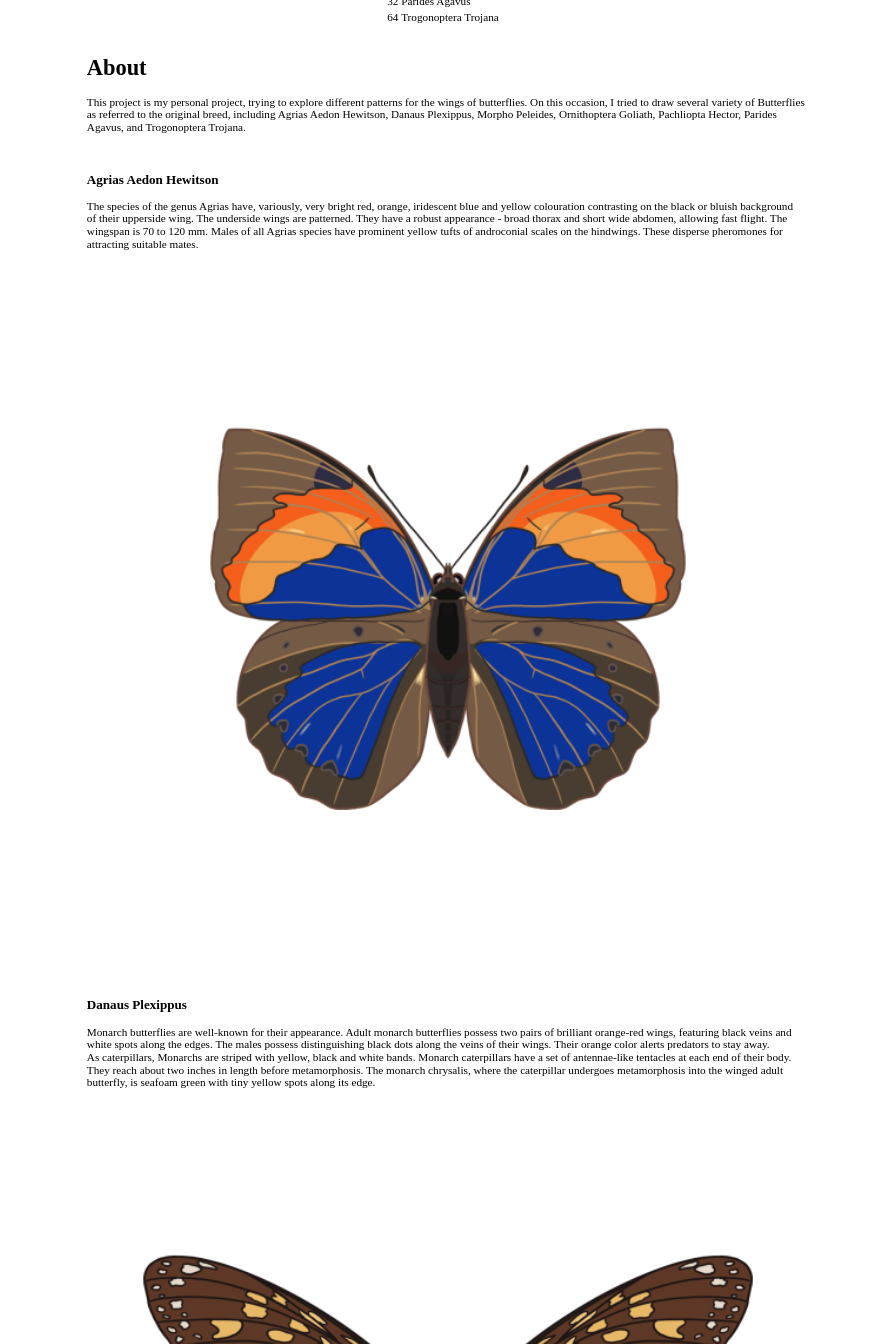
Repository: MeowCeline00/assessment-2
Page: /
These files come from the project's save history. The page is drawn as it stood at one moment and after the next save; the edit follows.
The browser window is 1280 px wide. The pictures show the part of the page from y = 634 to 2554 px (the page is 9574 px tall before and 8921 px after), at 70% of full size.
The project was rebuilt for these pictures with package versions that can differ from the ones it lists, and the page was loaded fresh each time. The framework's server and built-in components were replaced by stand-ins that run in the browser. Also part of the build but not shown: next.config.mjs.

Above is the page before, as saved 2024-02-07 23:33:14.

### pages/index.js
import Head from "next/head";
import { useState } from "react";
import styles from "@/styles/Home.module.css";
import Header from "@/Components/Header";
import Footer from "@/Components/Footer";
import Contents from "@/Components/Contents";


export default function Home() {

  // Butterfly Patterns
  const classFilters = {
    //key : value
    1: 'Agrias Aedon Hewitson',
    2: 'Danaus Plexippus',
    4: 'Morpho Peleides',
    8: 'Ornithoptera Goliath',
    16: 'Pachliopta Hector',
    32: 'Parides Agavus',
    64: 'Trogonoptera Trojana'
  }

  const [input, setInput] = useState();
                                    // 3
                                    // 2 & 2 Remainder 1
                                    // 1 & 1 Remainder 0
                                    // 9
                                    // 8 & 8 Remainder 1
                                    // 1 & 1 Remainder 0
  const getClassStyle = flagValue => (input & flagValue) > 0 ? {backgroundColor: 'yellow'} : null;

  return (
    <>
      <Head>
        <title>General View of Butterfly Wing Patterns</title>
        <meta name="description" content="General View of Butterfly Wing Patterns" />
        <meta name="viewport" content="width=device-width, initial-scale=1" />
        <link rel="icon" href="/butt_favicon.ico" />
      </Head>
      <Header />
      <main className={`${styles.main}`}>
       <input
       id="input"
       type="text"
       placeholder='Bitmask Decimal'
       value={input}
       onChange={event => setInput(event.target.value)}
       />
       <table>
        <tbody>
          {
            Object.keys(classFilters).map(item => (
              <tr key={item} style={getClassStyle(item)}>
                <td>{item}</td>
                <td>{classFilters[item]}</td>
              </tr>
            ))
          }
        </tbody>
       </table>
       <Contents />
      </main>
      <Footer />
    </>
  );
}

### styles/globals.css
:root {
    --h1: rgb(15, 64, 162);
    --h2: rgb(203, 165, 27);
    --header-background: #d1d1d1;

}

### styles/Home.module.css
.main {
  display: flex;
  flex-direction: column;
  justify-content: space-between;
  align-items: center;
  padding: 6rem;
  min-height: 20vh;
}

### Components/Header/index.js
import Image from 'next/image';
import styles from './Header.module.css';

export default function Header() {
    return (
        <header className={styles.header}>
            <div className={styles.titleArea}>
                <h1> Colorful Butterflies</h1>
                <h2> A General Peek at Butterfly Wing Patterns</h2>
            </div>
            <div className={styles.logoArea}>
                <img src={"/logo.png"} alt="Butterfly Logo" width={350} />
            </div>
        </header>
    );
}

### Components/Footer/index.js
import styles from './Footer.module.css'


export default function Footer() {

    return(
        <footer className={styles.footer}>
            © Created by Congling
        </footer>
    )
}

### Components/Contents/index.js
import Image from 'next/image';
import styles from './Contents.module.css';

export default function Contents() {
    return (
        <contents className={styles.contents}>
            <div className={styles.projectDescription}>
            <h1>About</h1>
            <p>This project is my personal project, trying to explore different patterns for the wings of butterflies.
                On this occasion, I tried to draw several variety of Butterflies as referred to the original breed, including
               Agrias Aedon Hewitson, Danaus Plexippus, Morpho Peleides, Ornithoptera Goliath, Pachliopta Hector, Parides Agavus,
               and Trogonoptera Trojana.
            </p>
            </div>
            <div className={styles.butterflyPatterns}>
              <div className={styles.buttfly1}>
                <div className={styles.butterflyDes}>
                <h3>Agrias Aedon Hewitson</h3>
                <p>The species of the genus Agrias have, variously, very bright red, orange,
                    iridescent blue and yellow colouration contrasting on the black or bluish background of their upperside wing.
                    The underside wings are patterned. They have a robust appearance - broad thorax and short wide abdomen, allowing fast flight.
                    The wingspan is 70 to 120 mm. Males of all Agrias species have prominent yellow tufts of androconial scales on the hindwings.
                    These disperse pheromones for attracting suitable mates.</p>
                </div>
                <div className={styles.butterflyPic}>
                <img src={"/agrias_aedon_hewitson.png"} alt="Agrias Aedon Hewitson" width={200} />
                </div>
                </div>
                <div className={styles.buttfly2}>
                <div className={styles.butterflyDes}>
                <h3>Danaus Plexippus</h3>
                <p>Monarch butterflies are well-known for their appearance.
                Adult monarch butterflies possess two pairs of brilliant orange-red wings,
                featuring black veins and white spots along the edges. The males possess distinguishing
                black dots along the veins of their wings. Their orange color alerts predators to stay away.
                <br />
                As caterpillars, Monarchs are striped with yellow, black and white bands.
                Monarch caterpillars have a set of antennae-like tentacles at each end of their body.
                They reach about two inches in length before metamorphosis. The monarch chrysalis,
                where the caterpillar undergoes metamorphosis into the winged adult butterfly,
                is seafoam green with tiny yellow spots along its edge.</p>
                </div>
                <div className={styles.butterflyPic}>
                <img src={"/Danaus_plexippus.png"} alt="Danaus Plexippus" width={200} />
                </div>
                </div>
                <div className={styles.buttfly3}>
                <div className={styles.butterflyDes}>
                <h3>Morpho Peleides</h3>
                <p>Morpho peleides is recognized by the iridescent blue coloration on the top side of the wings.
                    Conversely, the undersides of the wings are brown and have a cryptic coloration and pattern.
                    Large eyespots are present on the bottom side of the forewings and hindwings.
                    The number of forewing eyespots on each individual may vary.
                    This coloration serves as protection from predators by making the butterfly somewhat camouflaged in the forest,
                    and the eyespots can startle or intimidate potential predators.
                    They are large butterflies, with adult wingspan measuring 5-8 inches.</p>
                </div>
                <div className={styles.butterflyPic}>
                <img src={"/morpho_peleides.png"} alt="Morpho Peleides" width={200} />
                </div>
                </div>
                <div className={styles.buttfly4}>
                <div className={styles.butterflyDes}>
                <h3>Ornithoptera Goliath</h3>
                <p>Ornithoptera goliath has a wingspan up to 11 in. This makes it the world's second largest butterfly.
                    The African giant swallowtail reaches an almost equal wingspan.
                    <br />
                    Male. The Goliath birdwing's forewings are black. The costal edge is green and beyond the medium black bar
                    is a large green triangle which reaches the dorsum but not the black sternum. The underside is greenish yellow and greenish.
                    The veins are black and there is a black border. The outer cells have small black spots.
                    The hindwings are golden with a black edge bordered basally by a thin green line.
                    There are some green spots in the cells of the golden area. The underside is similar to the upperside,
                    but there is no black border. The edge is green. The spots in the cells of the golden area are black.
                    The abdomen is yellow with black-edged tergites. The head and thorax are black and the underside of the
                    thorax has tufts of red hair.
                    <br />
                    Female. The female is larger than the male and the basic colour is dark brown.
                    At the outer edge there is a postdiscal chain of white spots. In the discal cell there is a cluster of white spots,
                    sometimes shaped like an "E". The hindwings have a broad yellow postdiscal band with a chain of dark-brown spots in the cells.
                    The underside is very like the upper but the colours are stronger.</p>
                    </div>
                    <div className={styles.butterflyPic}>
                <img src={"/ornithoptera_goliath.png"} alt="Ornithoptera Goliath" width={200} />
                </div>
                </div>
                <div className={styles.buttfly5}>
                <div className={styles.butterflyDes}>
                <h3>Pachliopta Hector</h3>
                <p>The male's upperside is black. Forewing with a broad white interrupted band from the subcostal nervure
                    opposite the origin of veins 10 and 11, extended obliquely to the tornus, and a second short pre-apical similar band;
                    both bands composed of detached irregularly indented broad streaks in the interspaces.
                    Hindwing with a distal posteriorly strongly curved series of seven crimson spots followed by a subterminal series of
                    crimson lunules. Cilia black alternated with white. Underside: forewing dull brownish black, hindwing black;
                    markings as on the upperside, but the crimson spots and crescent-shaped markings on the hindwing larger.
                    Antennae, thorax and abdomen above at base, black; head and rest of the abdomen bright crimson; beneath:
                    iho palpi, the sides of the thorax and abdomen crimson.
                    <br />
                    The female is similar, the discal series of spots and subterminal lunules much duller,
                    pale crimson sprinkled with black scales; in some specimens the anterior spots and lunules almost white barely
                    tinged with crimson; abdomen above with the black colour extended further towards the apex.
                    </p>
                    </div>
                    <div className={styles.butterflyPic}>
                <img src={"/pachliopta_hector.png"} alt="Pachliopta Hector" width={200} />
                </div>
                </div>
                <div className={styles.buttfly6}>
                <div className={styles.butterflyDes}>
                <h3>Parides Agavus</h3>
                <p>The Parides agavus, also known as the Agavus Swallowtail, is a visually striking butterfly that belongs
                    to the Papilionidae family. Its wingspan can range from 3 to 4 inches, showcasing a bold contrast of colors and patterns.
                    The primary coloration of its wings is a deep, glossy black, which serves as a dramatic backdrop for the vibrant
                    red or pink bands that adorn the edges of its hindwings. These vivid markings are complemented by smaller,
                    iridescent blue or green spots that add a touch of shimmer and complexity to its appearance.
                    The butterfly's body is slender and predominantly black, with legs that may have hints of red.
                    Its distinctive tail-like extensions on the hindwings, characteristic of swallowtail butterflies,
                    enhance its elegant silhouette, making the Parides agavus a remarkable specimen in the butterfly world.</p>
                </div>
                <div className={styles.butterflyPic}>
                <img src={"/parides_agavus.png"} alt="Parides Agavus" width={200} />
                </div>
                </div>
                <div className={styles.buttfly7}>
                <div className={styles.butterflyDes}>
                <h3>Trogonoptera Trojana</h3>
                <p>
                    The Trogonoptera trojana, known as the Rajah Brooke's Birdwing, is an exquisite and large butterfly,
                    hailing from the Birdwing genus that captivates with its sheer size and stunning coloration.
                    Typically, the wingspan of this magnificent creature can stretch up to about 7 inches,
                    making it one of the larger species within the butterfly realm. The male of the species boasts a velvety black color
                    on the upper side of its wings, dramatically offset by an electric green or turquoise hue that forms broad,
                    iridescent bands across the forewings and a series of smaller, similarly colored streaks on the hindwings.
                    This contrast is not only striking but serves as a natural spectacle in the wild. The female, while larger,
                    tends to have a more subdued color palette, with wings that are predominantly brown or black,
                    accented with white or cream-colored spots. The Trogonoptera trojana's body is slender,
                    with the thorax and abdomen often matching the dark hue of the wings, creating a cohesive and sleek appearance.
                    The elegant, yet powerful flight of this butterfly, coupled with its vivid coloration,
                    makes it a breathtaking sight in its natural rainforest habitats</p>
                    </div>
                    <div className={styles.butterflyPic}>
                <img src={"/trogonoptera_trojana.png"} alt="Trogonoptera Trojana" width={200} />
                </div>
                </div>
            </div>
        </contents>
    );
}

### Components/Header/Header.module.css
.header {
    display: flex;
    justify-content: space-between;
    align-items: center;
    padding: 20px;
    background-color: var(--header-background);
}

.titleArea {
    display: flex;
    flex-direction: column;
    padding-left: 20%;
}

.titleArea h1 {
    color: var(--h1);
    font-size: xx-large;
    font-family: Impact, Haettenschweiler, 'Arial Narrow Bold', sans-serif;
}

.titleArea h2 {
    color: var(--h2);
    font-family: 'Franklin Gothic Medium', 'Arial Narrow', Arial, sans-serif;
}

.logoArea {
  display: flex;
  padding-right: 20%;
}

### Components/Footer/Footer.module.css
.footer{
    text-align: center;
    font-weight: bold;
    font-family: Georgia, 'Times New Roman', Times, serif;
    font-size: larger;
    background-color: var(--header-background);
    color: var(--h1);
}

### Components/Contents/Contents.module.css
.contents {
    display: flex;
    flex-direction: column;
    margin: 20px;
}

.projectDescription {
    margin-bottom: 20px;
}

.butterflyPatterns {
    display: flex;
    flex-direction: column;
}

.butterflyPattern {
    display: flex;
    justify-content: space-between;
    align-items: center;
    margin-bottom: 20px;
}

.butterflyDes {
    flex: 1; /* Assigns 50% of the space to the description */
    padding-right: 20px; /* Adds some space between the text and the image */
}

.butterflyPic {
    flex: 1; /* Assigns 50% of the space to the picture */
    display: flex;
    justify-content: flex-start; /* Aligns the image to the start of the flex item */
}

.butterflyPic img {
    width: 100%; /* Full width of the flex item */
    height: auto; /* Keeps the aspect ratio of the image */
}

Loaded but not shown: pages/_app.js (common file); pages/_document.js (common file)

After the next save:
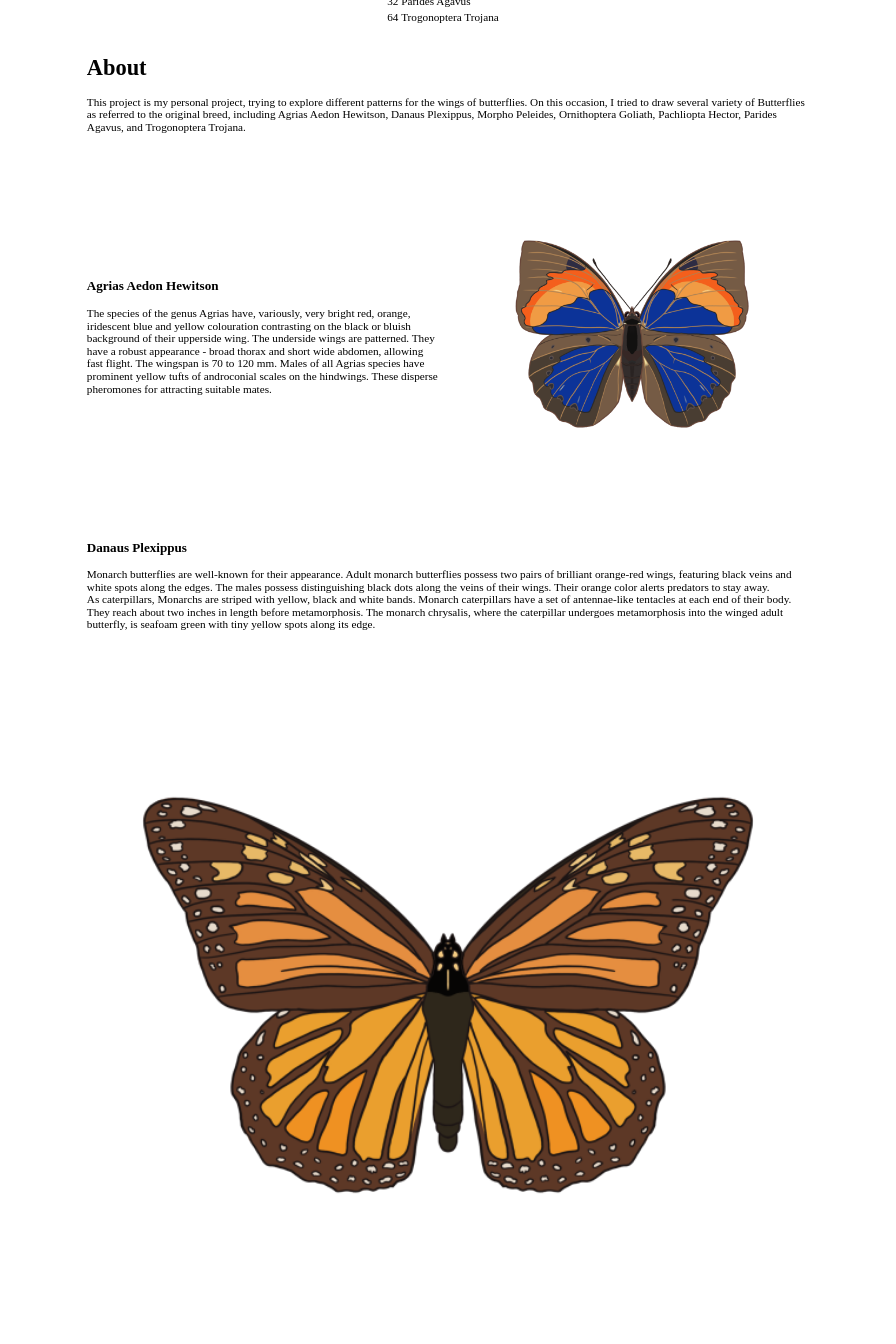
Saved 89 s later.
--- a/Components/Contents/index.js
+++ b/Components/Contents/index.js
@@ -13,7 +13,7 @@ export default function Contents() {
             </p>
             </div>
             <div className={styles.butterflyPatterns}>
-              <div className={styles.buttfly1}>
+              <div className={styles.butterflyPattern}>
                 <div className={styles.butterflyDes}>
                 <h3>Agrias Aedon Hewitson</h3>
                 <p>The species of the genus Agrias have, variously, very bright red, orange,
